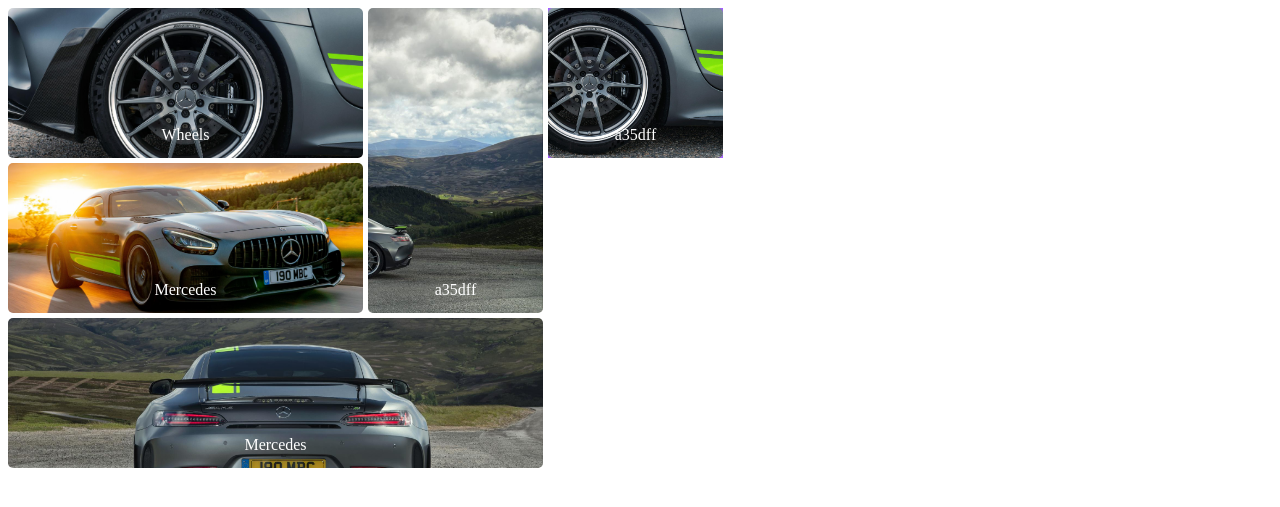
Repository: YoussefElsaygh/metrostyle
Page: index.html
These files come from the project's save history. The page is drawn as it stood at one moment and after a run of saves; the edit follows.
The browser window is 1280 px wide. The pictures show the whole page.

Above is the page before, as saved 2019-12-16 04:29:05.

### index.html
<!DOCTYPE html>
<html lang="en">
<head>
    <meta charset="UTF-8">
    <meta name="viewport" content="width=device-width, initial-scale=1.0">
    <meta http-equiv="X-UA-Compatible" content="ie=edge">
    <link  type="text/css" rel="stylesheet" href="index.css"/>

    <title>MetroStyle Colors</title>
</head>
<body>
 <div class="wrapper" id="wrapper"></div>
</body>
<script src="index.js"></script>
</html>

### index.css
.wrapper {
    overflow-x: scroll;
    overflow-y: hidden;
    width: 100%;
    display: grid;
    grid-gap: 5px;
    grid-template-columns:repeat(10,175px);
    grid-template-rows:repeat(3, 150px);
  }

### index.js
var scoperows=3;
var scopecols=1;
var scopeimages=[{
    type: 2,
    align:'horizontal',
    data: {
        imageSource:"img/Mercedes/m1.jpg",
        clickCallback: () => {
            console.log("item clicked ");
        },
        text: {
            label: "Mercedes",
            textStyle: {
                color: "white"
            }
        },
    },
},
{
    type: 2,
    align:'horizontal',

    data: {
        imageSource:"../img/Mercedes/m5.jpg",
        clickCallback: () => {
            console.log("item clicked ");
        },
        text: {
            label: "Wheels",
            textStyle: {
                color: "White"
            }
        }

    }},{
        type: 3,
        align:'horizontal',

        data: {
            imageSource:"./img/Mercedes/m4.jpg",
            clickCallback: () => {
                console.log("item clicked ");
            },

            text: {
                label: "Mercedes",
                textStyle: {
                    color: "White"
                }
            }

        }},{
            type: 2,
            align:'vertical',

            data: {
                imageSource:"./img/Mercedes/m2.jpg",

                clickCallback: () => {
                    console.log("item clicked ");
                },
                text: {
                    label: "a35dff",
                    textStyle: {
                        color: "White"
                    }
                }

            }}
            ,{
                type: 1,
                align:'horizontal',

                data: {
                    imageSource:"./img/Mercedes/m5.jpg",

                    clickCallback: () => {
                        console.log("item clicked ");
                    },
                    backgroundStyle: {
                        backgroundColor: "#a35dff"
                    },
                    text: {
                        label: "a35dff",
                        textStyle: {
                            color: "White"
                        }
                    }

                }}]

                var scopegridView = new Array(scoperows);
                            for (let i = 0; i < scopegridView.length; i++) {
                                scopegridView[i] = new Array(scopecols);
                                for (let j = 0; j < scopegridView[i].length; j++) {
                                    scopegridView[i][j] = 0;
                                }
                            }

                            for (let i = 0; i < scopeimages.length; i++) {
                                draw(scopeimages[i]);
                            }

            function setStyle(elem, propertyObject) {
                for (var property in propertyObject)
                    elem.style[property] = propertyObject[property];
            }

            function populateDataInField({row, col, img, divStyle, imageStyle}) {
                 if(img.align=='horizontal') {
                    for (let i = 0; i < img.type; i++) {
                        scopegridView[row][col + i] = 1;
                    }
                }
                else{
                    for (let i = 0; i < img.type; i++) {
                        scopegridView[row + i][col] = 1;
                    }
                }

                let div = document.createElement("DIV");
                let image = document.createElement("IMG");
                let paragraph = document.createElement("P");

                setStyle(div, divStyle);

                if (img.data) {
                    div.onclick = img.data.clickCallback;
                    setStyle(div, img.data.backgroundStyle);
                    if (img.data.imageSource) {
                        /**
                         * In case of full block image
                         * @type {string}
                         */
                        image.src = img.data.imageSource;
                        image.onerror = function() {
                            if(img.data.imageErrSrc){
                            image.src = img.data.imageErrSrc;
                            }

                        }

                        setStyle(image, {
                            maxWidth: "100%",
                            height: "100%",
                            width: "100%",
                            objectFit: "cover",
                            objectPosition:'100% 20%',
                            borderRadius:"5px"

                        });
                        setStyle(image, imageStyle);
                        div.appendChild(image);
                        if (img.data.text && img.data.text.label) {
                            setStyle(paragraph, {
                                position: "relative",
                                top: "-52px",
                                wordBreak: 'break-word'
                            });
                        }
                    } else {
                        /**
                         * In case of small icon only
                         */
                        if (img.data.icon && img.data.icon.iconSource) {
                            image.src = img.data.icon.iconSource;
                            setStyle(image, {
                                maxWidth: "50%",
                                padding: "10px"
                            });
                            setStyle(image, img.data.icon.iconStyle);
                            div.appendChild(image);
                            if (img.data.text && img.data.text.label) {
                                // setStyle(paragraph, {
                                //   paddingTop: ""
                                // });
                            }
                        }
                    }
                    if (img.data.text) {
                        if (img.data.text.label) {
                            paragraph.innerHTML = img.data.text.label;

                            setStyle(paragraph, {
                                textAlign: "center"
                            });
                            setStyle(paragraph, img.data.text.textStyle);

                            div.appendChild(paragraph);
                        }
                    }
                }
                document.getElementById("wrapper").appendChild(div);
            }

            function compareRowArray(col, row, gridView, type) {
                if (type == 0) {
                    return true;
                } else {
                    return (
                        gridView[row + type - 1][col] == 0 &&
                        compareRowArray(col, row, gridView, type - 1)
                    );
                }
            }

            function compareColArray(col, row, gridView, type) {
                if (type == 0) {
                    return true;
                } else {
                    return (
                        gridView[row][col + type - 1] == 0 &&
                        compareColArray(col, row, gridView, type - 1)
                    );
                }
            }

            function addColumn(var_rows, var_cols, gridView) {
                for (let i = 0; i < scoperows; i++) {
                    gridView[i].push(0);
                }
                scopecols++;
            }

            /**
             * return true in case there is no available row
             * @returns {boolean}
             */
            function rowCheckAvaialble(row, type) {
                return row < scoperows - type + 1;
            }

            /**
             * return true in case there is no available column
             * @returns {boolean}
             */
            function colCheckAvaialble(col, type) {
                return col < scopecols - type + 1;
            }

            function checkAvailableSinglePlace() {
                for (var i = 0; i < scoperows; i++) {
                    for (var j = 0; j < scopecols; j++) {
                        if (scopegridView[i][j] == 0) {
                            return true;
                        }
                    }
                }
                return false;
            }

            function checkAvailableVerticalPlace(type) {
                for (let i = 0; i < scoperows; i++) {
                    for (let j = 0; j < scopecols; j++) {
                        if (i + type - 1 < scoperows)
                            if (compareRowArray(j, i, scopegridView, type)) {
                                return true;
                            }
                    }
                }
                return false;
            }

            function checkAvailableTripleHorizontalPlace(type) {
                for (let i = 0; i < scoperows; i++) {
                    for (let j = 0; j < scopecols; j++) {
                        if (j + type - 1 < scopecols)
                            if (compareColArray(j, i, scopegridView, type)) {
                                return true;
                            }
                    }
                }
                return false;
            }

            function rowPopulation({row, col, img}) {
                populateDataInField({
                    row,
                    col,
                    img,
                    divStyle: {
                        gridColumnStart: col + 1,
                        gridColumnEnd: col + 2,
                        gridRowStart: row + 1,
                        gridRowEnd: row + img.type + 1
                        // borderRadius:'5px'
                    }
                });
            }

            function colPopulation({row, col, img}) {
                populateDataInField({
                    row,
                    col,
                    img,
                    divStyle: {
                        gridColumnStart: col + 1,
                        gridColumnEnd: col + 1 + img.type,
                        gridRowStart: row + 1,
                        gridRowEnd: row + 2
                        // borderRadius:'5px'

                    }
                });
            }

            function draw(img) {
                outer_loop: for (let col = 0; col < scopecols; col++) {
                    for (let row = 0; row < scoperows; row++) {
                        switch (img.align) {
                            case 'vertical':
                                case undefined:

                                if (checkAvailableVerticalPlace(img.type)) {
                                    if (rowCheckAvaialble(row, img.type) && compareRowArray(col, row, scopegridView, img.type)) {
                                        rowPopulation({row, col, img});
                                        break outer_loop;
                                    }

                                } else {
                                    addColumn(scoperows, scopecols, scopegridView);
                                }

                                break;
                            case 'horizontal':
                                if (checkAvailableTripleHorizontalPlace(img.type)) {
                                    if (colCheckAvaialble(col, img.type) && compareColArray(col, row, scopegridView, img.type)) {
                                        colPopulation({row, col, img});
                                        break outer_loop;
                                    }

                                } else {
                                    addColumn(scoperows, scopecols, scopegridView);
                                }
                                break;
                                default:
                                        if (
                                                    scopegridView[row][col] != 0 &&
                                                    !checkAvailableSinglePlace()
                                                ) {
                                                    addColumn(scoperows, scopecols, scopegridView);
                                                    break;
                                                }

                                                if (scopegridView[row][col] == 0) {
                                                    scopegridView[row][col] = 1;
                                                    populateDataInField({
                                                        row,
                                                        col,
                                                        img,
                                                        divStyle: {
                                                            gridColumnStart: col + 1,
                                                            gridColumnEnd: col + 2,
                                                            gridRowStart: row + 1,
                                                            gridRowEnd: row + 2
                                                            // borderRadius:'5px',

                                                        }
                                                    });

                                                    break outer_loop;
                                                }
                                    break;
                        }
                    }
                }
            }

After the next 2 saves:
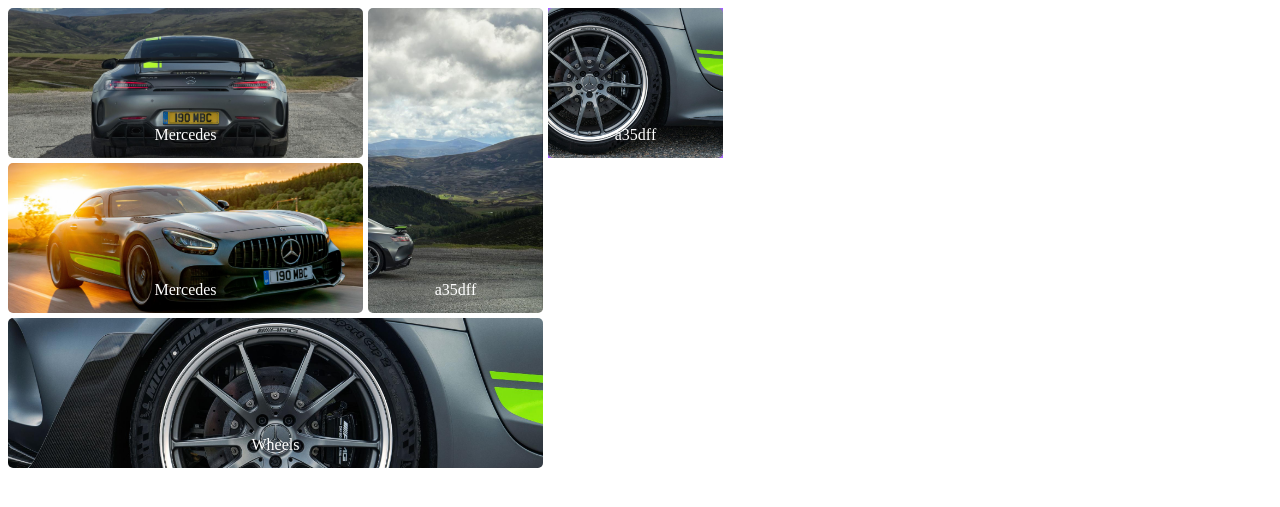
The 2 saves are shown as one change because they came seconds apart.
The last was saved 41 s later.
--- a/index.js
+++ b/index.js
@@ -17,7 +17,7 @@
     },
 },
 {
-    type: 2,
+    type: 3,
     align:'horizontal',
 
     data: {
@@ -33,7 +33,7 @@
         }
 
     }},{
-        type: 3,
+        type: 2,
         align:'horizontal',
 
         data: {
